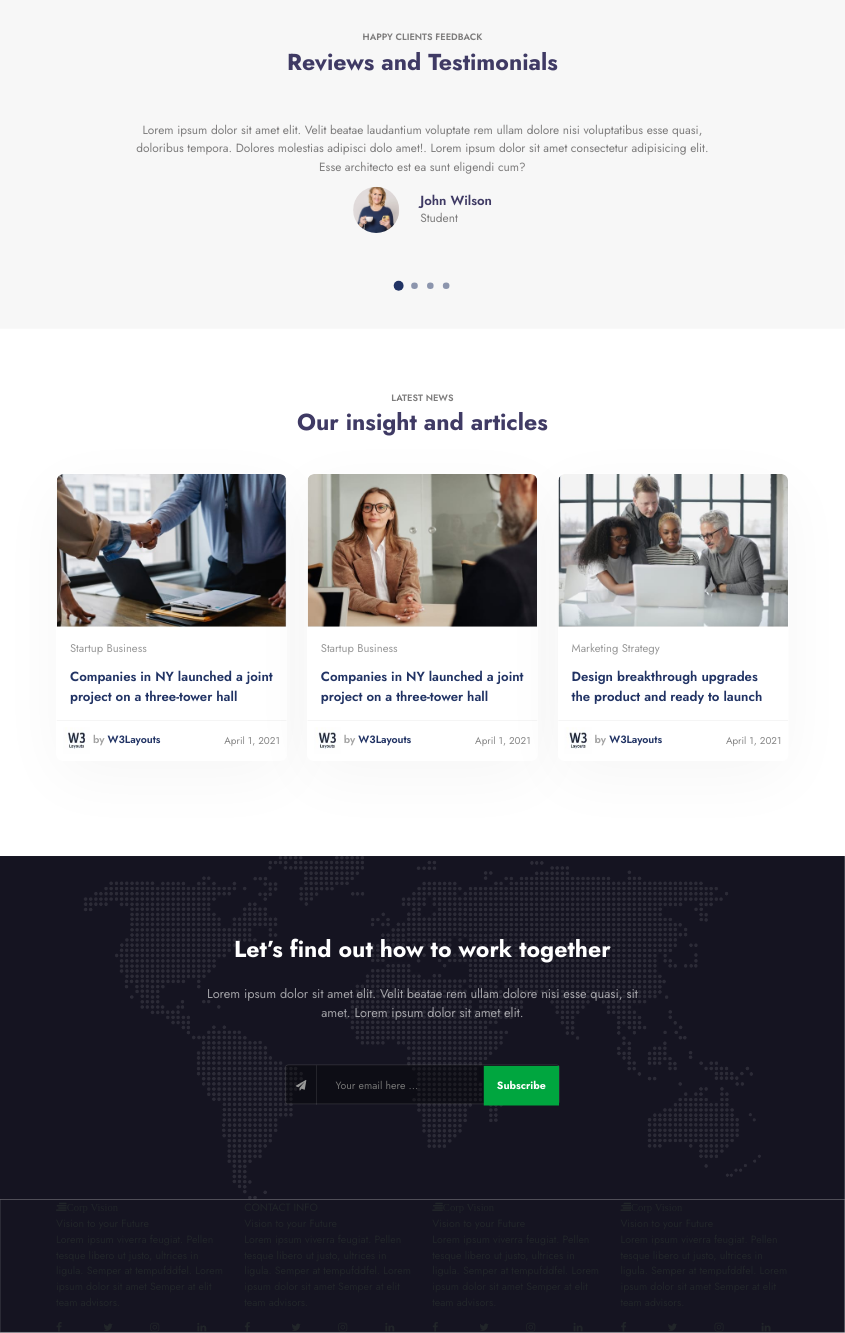
Repository: khaipnp/corpvision
Page: index.html
An editor plug-in stored every save of this project. The page is shown before and after the next save, followed by the edit.
The browser window is 1280 px wide. The pictures show the whole page, at 66% of full size.

Above is the page before, as saved 2021-07-04 12:42:57.

### index.html
<!DOCTYPE html>
<html lang="en">
  <head>
    <meta charset="UTF-8" />
    <meta http-equiv="X-UA-Compatible" content="IE=edge" />
    <meta name="viewport" content="width=device-width, initial-scale=1.0" />
    <title>Corpvision</title>
    <meta name="description" content="Corpvision Website" />
    <!-- FONT-GOOGLE -->
    <link rel="preconnect" href="https://fonts.gstatic.com" />
    <link
      href="https://fonts.googleapis.com/css2?family=Jost:ital,wght@0,100;0,200;0,300;0,400;0,500;0,600;0,700;0,800;0,900;1,400&display=swap"
      rel="stylesheet"
    />
    <!-- FONT-AWSOME -->
    <link
      rel="stylesheet"
      href="https://cdnjs.cloudflare.com/ajax/libs/font-awesome/5.15.3/css/all.min.css"
      integrity="sha512-iBBXm8fW90+nuLcSKlbmrPcLa0OT92xO1BIsZ+ywDWZCvqsWgccV3gFoRBv0z+8dLJgyAHIhR35VZc2oM/gI1w=="
      crossorigin="anonymous"
      referrerpolicy="no-referrer"
    />
    <link rel="stylesheet" href="./css/font-awesome.min.css" />
    <!-- OWL CAROUSEL -->
    <link
      rel="stylesheet"
      href="https://cdnjs.cloudflare.com/ajax/libs/OwlCarousel2/2.3.4/assets/owl.carousel.min.css"
      integrity="sha512-tS3S5qG0BlhnQROyJXvNjeEM4UpMXHrQfTGmbQ1gKmelCxlSEBUaxhRBj/EFTzpbP4RVSrpEikbmdJobCvhE3g=="
      crossorigin="anonymous"
      referrerpolicy="no-referrer"
    />
    <link
      rel="stylesheet"
      href="https://cdnjs.cloudflare.com/ajax/libs/OwlCarousel2/2.3.4/assets/owl.theme.default.css"
      integrity="sha512-OTcub78R3msOCtY3Tc6FzeDJ8N9qvQn1Ph49ou13xgA9VsH9+LRxoFU6EqLhW4+PKRfU+/HReXmSZXHEkpYoOA=="
      crossorigin="anonymous"
      referrerpolicy="no-referrer"
    />
    <!-- BOOTSTRAP -->
    <link
      rel="stylesheet"
      href="https://cdn.jsdelivr.net/npm/bootstrap@4.6.0/dist/css/bootstrap.min.css"
      integrity="sha384-B0vP5xmATw1+K9KRQjQERJvTumQW0nPEzvF6L/Z6nronJ3oUOFUFpCjEUQouq2+l"
      crossorigin="anonymous"
    />
    <!-- MAIN CSS -->
    <link rel="stylesheet" href="./css/main.css" />
  </head>
  <body>
    <header></header>
    <section class="feedback">
      <div class="feedback__content py-5">
        <div class="container">
          <h5 class="small-title col-12 text-center">Happy clients Feedback</h5>
          <h3 class="big-title col-12 text-center">Reviews and Testimonials</h3>
          <div class="testimonials owl-carousel owl-theme">
            <div class="testimonials__item">
              <p class="text-center col-12">
                Lorem ipsum dolor sit amet elit. Velit beatae laudantium
                voluptate rem ullam dolore nisi voluptatibus esse quasi,
                doloribus tempora. Dolores molestias adipisci dolo amet!. Lorem
                ipsum dolor sit amet consectetur adipisicing elit. Esse
                architecto est ea sunt eligendi cum?
              </p>
              <div
                class="
                  testimonials__desc
                  row
                  align-items-center
                  justify-content-center
                "
              >
                <div class="avatar mr-3">
                  <img src="./img/team1.jpg" alt="team 1" />
                </div>
                <div class="name ml-3">
                  <h3>John Wilson</h3>
                  <p>Student</p>
                </div>
              </div>
            </div>
            <div class="testimonials__item">
              <p class="text-center col-12">
                Lorem ipsum dolor sit amet elit. Velit beatae laudantium
                voluptate rem ullam dolore nisi voluptatibus esse quasi,
                doloribus tempora. Dolores molestias adipisci dolo amet!. Lorem
                ipsum dolor sit amet consectetur adipisicing elit. Esse
                architecto est ea sunt eligendi cum?
              </p>
              <div
                class="
                  testimonials__desc
                  row
                  align-items-center
                  justify-content-center
                "
              >
                <div class="avatar mr-3">
                  <img src="./img/team2.jpg" alt="team 2" />
                </div>
                <div class="name ml-3">
                  <h3>Julia Sakura</h3>
                  <p>Student</p>
                </div>
              </div>
            </div>
            <div class="testimonials__item">
              <p class="text-center col-12">
                Lorem ipsum dolor sit amet elit. Velit beatae laudantium
                voluptate rem ullam dolore nisi voluptatibus esse quasi,
                doloribus tempora. Dolores molestias adipisci dolo amet!. Lorem
                ipsum dolor sit amet consectetur adipisicing elit. Esse
                architecto est ea sunt eligendi cum?
              </p>
              <div
                class="
                  testimonials__desc
                  row
                  align-items-center
                  justify-content-center
                "
              >
                <div class="avatar mr-3">
                  <img src="./img/team3.jpg" alt="team 3" />
                </div>
                <div class="name ml-3">
                  <h3>Roy Linderson</h3>
                  <p>Student</p>
                </div>
              </div>
            </div>
            <div class="testimonials__item">
              <p class="text-center col-12">
                Lorem ipsum dolor sit amet elit. Velit beatae laudantium
                voluptate rem ullam dolore nisi voluptatibus esse quasi,
                doloribus tempora. Dolores molestias adipisci dolo amet!. Lorem
                ipsum dolor sit amet consectetur adipisicing elit. Esse
                architecto est ea sunt eligendi cum?
              </p>
              <div
                class="
                  testimonials__desc
                  row
                  align-items-center
                  justify-content-center
                "
              >
                <div class="avatar mr-3">
                  <img src="./img/team4.jpg" alt="team 4" />
                </div>
                <div class="name ml-3">
                  <h3>Smith Johnson</h3>
                  <p>Student</p>
                </div>
              </div>
            </div>
          </div>
        </div>
      </div>
    </section>
    <section class="news py-5">
      <div class="news__content py-5">
        <div class="container">
          <h5 class="small-title col-12 text-center">LATEST NEWS</h5>
          <h3 class="big-title col-12 text-center">Our insight and articles</h3>
          <div class="row py-5">
            <div class="news__item col-md-6 col-lg-4">
              <div class="news__card">
                <div class="card__thumbnail p-0 position-relative">
                  <img src="./img/blog1.jpg" alt="blog 1" />
                </div>
                <div class="card__content">
                  <p>Startup Business</p>
                  <a href="#">Companies in NY launched a joint project on a three-tower
                    hall</a>
                </div>
                <div class="card__footer">
                  <span><img src="./img/icon.jpeg" alt="" /> by <a href="#">W3Layouts</a></span>
                  <p>April 1, 2021</p>
                </div>
              </div>
            </div>
            <div class="news__item col-md-6 col-lg-4">
              <div class="news__card">
                <div class="card__thumbnail p-0 position-relative">
                  <img src="./img/blog2.jpg" alt="blog 1" />
                </div>
                <div class="card__content">
                  <p>Startup Business</p>
                  <a href="#">Companies in NY launched a joint project on a three-tower
                    hall</a>
                </div>
                <div class="card__footer">
                  <span><img src="./img/icon.jpeg" alt="" /> by <a href="#">W3Layouts</a></span>
                  <p>April 1, 2021</p>
                </div>
              </div>
            </div>
            <div class="news__item col-md-6 col-lg-4">
              <div class="news__card">
                <div class="card__thumbnail p-0 position-relative">
                  <img src="./img/blog3.jpg" alt="blog 1" />
                </div>
                <div class="card__content">
                  <p>Marketing Strategy</p>
                  <a href="#">Design breakthrough upgrades the product and ready to launch</a>
                </div>
                <div class="card__footer">
                  <span><img src="./img/icon.jpeg" alt="" /> by <a href="#">W3Layouts</a></span>
                  <p>April 1, 2021</p>
                </div>
              </div>
            </div>
          </div>
        </div>
      </div>
    </section>
    <div class="subscribe py-5">
      <div class="container">
        <div class="sub__box my-5 mx-auto align-items-center justify-content-center">
          <h3 class="big-title py-4 col-12 text-center">Let’s find out how to work together<h3>
          <p class="col-12 text-center">Lorem ipsum dolor sit amet elit. Velit beatae rem ullam dolore nisi esse quasi, sit amet. Lorem ipsum dolor sit amet elit.</p>
          <div class="input__email justify-content-center py-5">
            <form>
              <i class="fa fa-paper-plane"></i>
              <input type="email" placeholder="Your email here ...">
              <button>Subscribe</button>
            </form>
          </div>
        </div>
      </div>
    </div>
    <footer>
      <div class="footer__info container">
        <div class="row">
          <div class="footer__content col-3">
            <i class="fa fa-align-right">Corp Vision</i>
            <div class="slogan">Vision to your Future</div>
            <p>Lorem ipsum viverra feugiat. Pellen tesque libero ut justo, ultrices in ligula. Semper at tempufddfel. Lorem ipsum dolor sit amet Semper at elit team advisors.</p>
            <div class="social__network row justify-content-start">
              <i class="fa fa-facebook col-3"></i>
              <i class="fa fa-twitter col-3"></i>
              <i class="fa fa-instagram col-3"></i>
              <i class="fa fa-linkedin col-3"></i>
            </div>
          </div>
          <div class="footer__content col-3">
            CONTACT INFO
            <div class="slogan">Vision to your Future</div>
            <p>Lorem ipsum viverra feugiat. Pellen tesque libero ut justo, ultrices in ligula. Semper at tempufddfel. Lorem ipsum dolor sit amet Semper at elit team advisors.</p>
            <div class="social__network row justify-content-start">
              <i class="fa fa-facebook col-3"></i>
              <i class="fa fa-twitter col-3"></i>
              <i class="fa fa-instagram col-3"></i>
              <i class="fa fa-linkedin col-3"></i>
            </div>
          </div>
          <div class="footer__content col-3">
            <i class="fa fa-align-right">Corp Vision</i>
            <div class="slogan">Vision to your Future</div>
            <p>Lorem ipsum viverra feugiat. Pellen tesque libero ut justo, ultrices in ligula. Semper at tempufddfel. Lorem ipsum dolor sit amet Semper at elit team advisors.</p>
            <div class="social__network row justify-content-start">
              <i class="fa fa-facebook col-3"></i>
              <i class="fa fa-twitter col-3"></i>
              <i class="fa fa-instagram col-3"></i>
              <i class="fa fa-linkedin col-3"></i>
            </div>
          </div>
          <div class="footer__content col-3">
            <i class="fa fa-align-right">Corp Vision</i>
            <div class="slogan">Vision to your Future</div>
            <p>Lorem ipsum viverra feugiat. Pellen tesque libero ut justo, ultrices in ligula. Semper at tempufddfel. Lorem ipsum dolor sit amet Semper at elit team advisors.</p>
            <div class="social__network row justify-content-start">
              <i class="fa fa-facebook col-3"></i>
              <i class="fa fa-twitter col-3"></i>
              <i class="fa fa-instagram col-3"></i>
              <i class="fa fa-linkedin col-3"></i>
            </div>
          </div>
        </div>
      </div>
    </footer>
    <!-- SCRIPT -->
    <!-- BOOTSTRAP -->
    <script
      src="https://cdnjs.cloudflare.com/ajax/libs/jquery/3.6.0/jquery.js"
      integrity="sha512-n/4gHW3atM3QqRcbCn6ewmpxcLAHGaDjpEBu4xZd47N0W2oQ+6q7oc3PXstrJYXcbNU1OHdQ1T7pAP+gi5Yu8g=="
      crossorigin="anonymous"
      referrerpolicy="no-referrer"
    ></script>
    <script
      src="https://cdn.jsdelivr.net/npm/bootstrap@4.6.0/dist/js/bootstrap.bundle.min.js"
      integrity="sha384-Piv4xVNRyMGpqkS2by6br4gNJ7DXjqk09RmUpJ8jgGtD7zP9yug3goQfGII0yAns"
      crossorigin="anonymous"
    ></script>
    <!-- OWL CAROUSEL -->
    <script src="./js/owl.carousel.min.js"></script>
    <script>
      $(document).ready(function () {
        $(".owl-carousel").owlCarousel({
          navigation: false,
          slideSpeed: 300,
          paginationSpeed: 400,
          singleItem: true,
          items: 1,
          // itemsDesktop : false,
          // itemsDesktopSmall : false,
          // itemsTablet: false,
          // itemsMobile : false
        });
      });
    </script>
  </body>
</html>

### css/main.css
*{
    padding: 0;
    margin: 0;
    box-sizing: border-box;
}

html, body{
    font-family: 'Jost', sans-serif;
    background: #fff;
}

.small-title{
    color: #7e7d7d;
    font-size: 14px;
    font-weight: 600;
    text-transform: uppercase;
}

.big-title{
    color: #3f3a64;
    font-size: 35px;
    font-weight: 700;
}

/* FEEDBACK */
.feedback{
    background-color: #f7f7f7;
}

.testimonials__item{
    margin: 60px auto;
    display: block;
    max-width: 900px;
    height: auto;
}

.testimonials__item p{
    color:#7e7d7d;
    font-size: 18px;
    line-height: 28px;
}

.testimonials__desc .avatar {
    width: 70px;
    height: 70px;
    overflow: hidden;
    border-radius: 50%;
}

.testimonials__desc .avatar img{
    width: 100%;
    height: 100%;
    object-fit: cover;
}

.name h3{
    font-size: 20px;
    margin: 0;
    font-weight: 600;
    color: #3f3a64;
}
.name p{
    font-style: normal;
    margin-bottom: 0;
}

.owl-theme .owl-dots .owl-dot.active span, .owl-theme .owl-dots .owl-dot span{
    background: rgba(33, 51, 100, .5);
    transform: scale(1);
    transition: all .5s;
}

.owl-theme .owl-dots .owl-dot.active span, .owl-theme .owl-dots .owl-dot:hover span{
    background: #213364 !important;
    transform: scale(1.5);
}

/* NEWS */
.news__card{
    background-color: #fff;
    box-shadow: 0 25px 98px 0 rgb(0 0 0 / 4%);
    border: 1px solid transparent;
    border-radius: 10px;
}

.card__thumbnail{
    overflow: hidden;
    border-radius: 10px 10px 0 0;
}

.card__thumbnail img{
    width: 100%;
    border-radius: 10px 10px 0 0;
    object-fit: cover;
    cursor: pointer;
    transition: all .5s;
}

.card__thumbnail img:hover{
    transform: scale(1.15);
}

.card__content{
    padding: 20px;
}

.card__content p{
    color: #999;
    font-size: 17px;
    font-weight: 400;
}

.card__content a{
    text-decoration: none;
    color:#213364;
    font-size: 20px;
    font-weight: 600;
    transition: all .5s;
    cursor: pointer;
}

.card__content a:hover{
    color: #00a63f;
}

.card__footer{
    display: flex;
    justify-content: space-between;
    align-items: center;
    border-top: 1px solid rgba(126, 125, 125, .1);
    padding: 10px;
}

.card__footer a{
    color: #213364;
    font-size: 1rem;
    font-weight: 600;
    cursor: pointer;
    transition: all .5s;
    text-decoration: none;
}

.card__footer a:hover{
    color: #00a63f;
}

.card__footer img{
    cursor: pointer;
}

.card__footer span{
    color: rgb(102, 102, 102,.6);
    font-weight: 600;
}

.card__footer p{
    margin-bottom: 0;
    font-size: 15px;
    color: rgb(102, 102, 102,.8);
}

/* SUBCRIBE */
.subscribe{
    background-image: url(../img/map.png);
    background-color: #151421;
    background-size: contain;
    background-repeat: no-repeat;
    background-position: center;
}

.sub__box{
    max-width: 700px;
}

.sub__box .big-title{
    color: #fff;
}

.sub__box p{
    font-size: 1.2rem;
    color: rgba(255, 255, 255, .6);
    line-height: 1.5;
    font-weight: 400;
}

.input__email{
    display: flex;
}

.input__email form{
    border: 1px solid rgb(255, 255, 255,.15);
    border-radius: 5px;
    height: 60px;
    background: rgb(0, 0, 0, .35);
    max-width: 550px;
}

.input__email input{
    color: #999;
    padding: 20px 20px;
    border: none;
    font-size: 1rem;
    outline: none;
    background: none;
}

.input__email button{
    background-color: #00a63f;
    color: #fff;
    height: 60px;
    padding: 0 20px;
    border: none;
    font-size: 1rem;
    font-weight: 700;
    line-height: 60px;
    text-align: center;
}

.input__email i{
    text-align: center;
    color: #999;
    font-size: 1rem;
    border-right: 1px solid rgb(255, 255, 255,.15);
    line-height: 60px;
    padding: 0 15px;
}

/* FOOTER */

footer{
    background-color: #151421;
    border: 1px solid rgb(255, 255, 255,.15);
}

Loaded but not shown: css/font-awesome.min.css (library); js/owl.carousel.min.js (library)

After the next save:
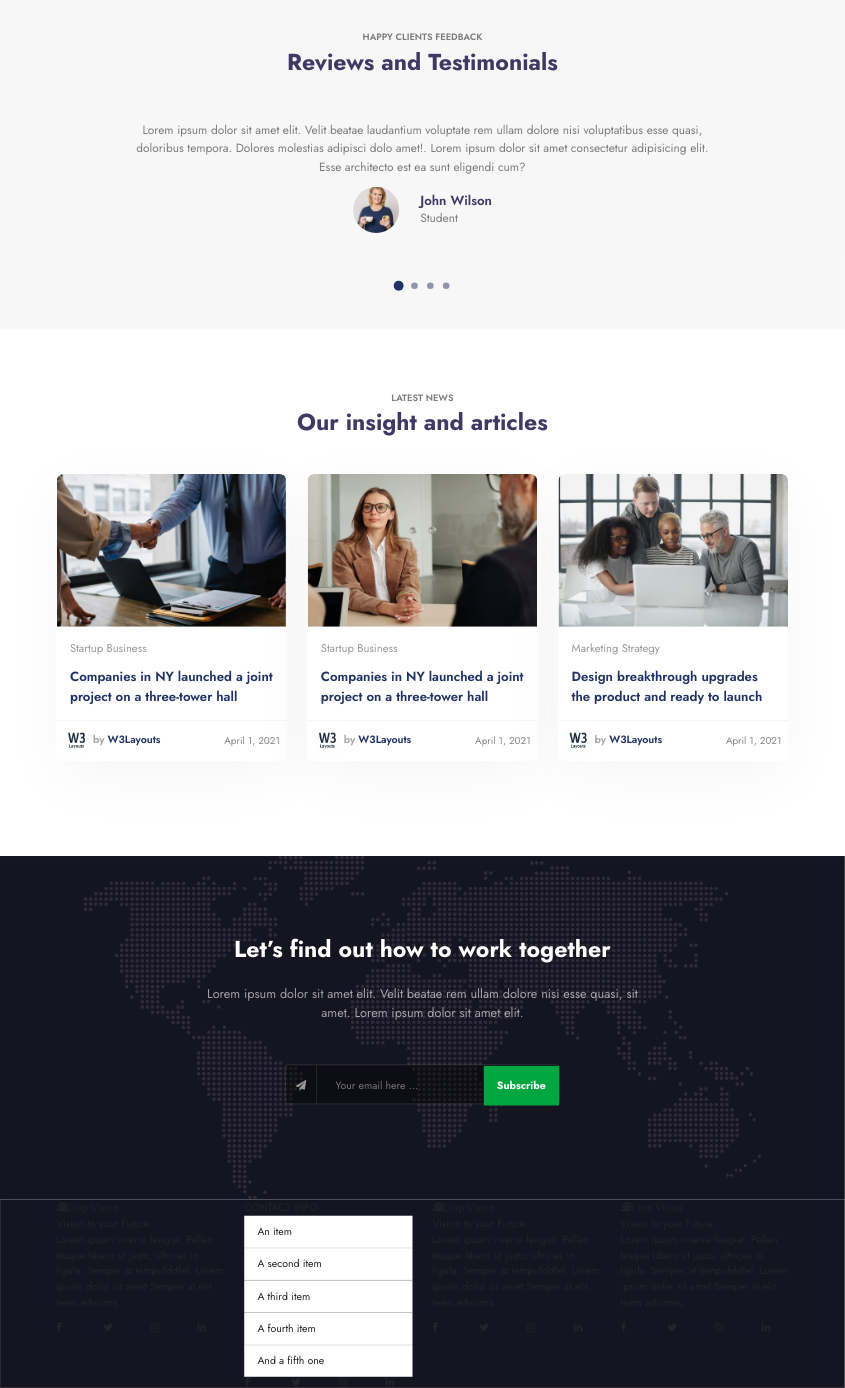
Saved 3 min 3 s later.
--- a/index.html
+++ b/index.html
@@ -246,8 +246,13 @@
           </div>
           <div class="footer__content col-3">
             CONTACT INFO
-            <div class="slogan">Vision to your Future</div>
-            <p>Lorem ipsum viverra feugiat. Pellen tesque libero ut justo, ultrices in ligula. Semper at tempufddfel. Lorem ipsum dolor sit amet Semper at elit team advisors.</p>
+            <ul class="list-group list-group-flush">
+              <li class="list-group-item">An item</li>
+              <li class="list-group-item">A second item</li>
+              <li class="list-group-item">A third item</li>
+              <li class="list-group-item">A fourth item</li>
+              <li class="list-group-item">And a fifth one</li>
+            </ul>
             <div class="social__network row justify-content-start">
               <i class="fa fa-facebook col-3"></i>
               <i class="fa fa-twitter col-3"></i>
